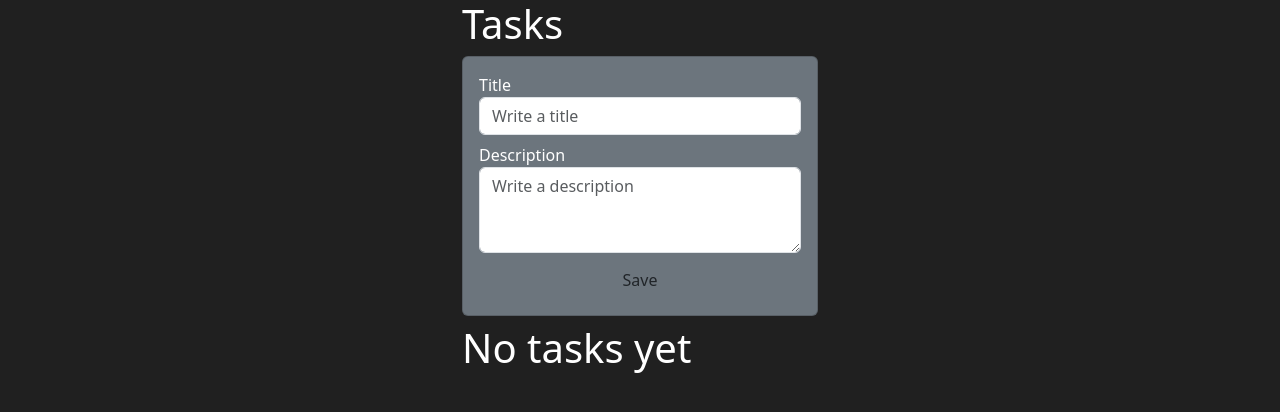
Repository: ChemsJam/django_postgres_todo
Page: http://localhost/tasks/
An editor plug-in stored every save of this project. The page is shown before and after the next save, followed by the edit.
The browser window is 1280 px wide. The pictures show the whole page.
The page is served by the project's application, run on Django 5.2 (manage.py). Queries for data that is not in the repository find no rows.

Above is the page before, as saved 2024-08-19 15:52:08.

After the next save:
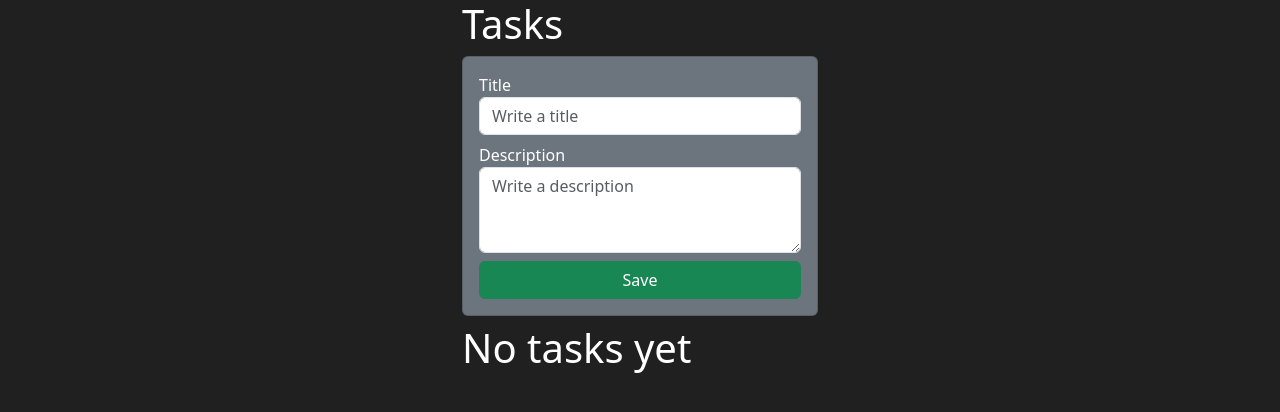
Saved 6 s later.
--- a/tasks/templates/TasksList.html
+++ b/tasks/templates/TasksList.html
@@ -27,7 +27,7 @@
                 </label>
                 <textarea name="description" rows="3" placeholder="Write a description" class="form-control mb-2"></textarea>
 
-                <button class="btn btn-succes">Save</button>
+                <button class="btn btn-success">Save</button>
 
                 </form>
 
